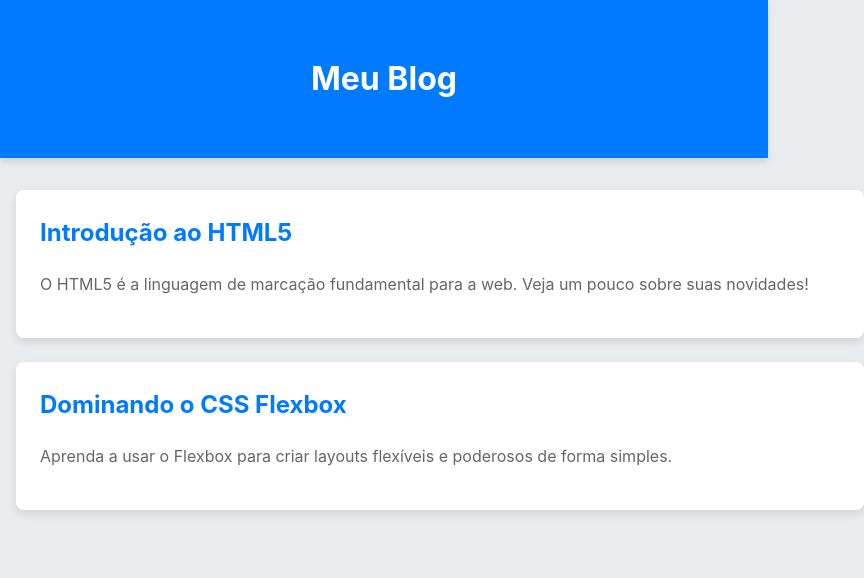
Repository: douglasabnovato/aprender-programar
Page: index.html
These files come from the project's save history. The page is drawn as it stood at one moment and after a run of saves; the edit follows.
The browser window is 768 px wide. The page is 864 px wide, then 768 px, so the pictures cover 864 px, including what lies to the right of the window. The pictures show the whole page.

Above is the page before, as saved 2025-08-01 14:21:30.

After the next 2 saves:
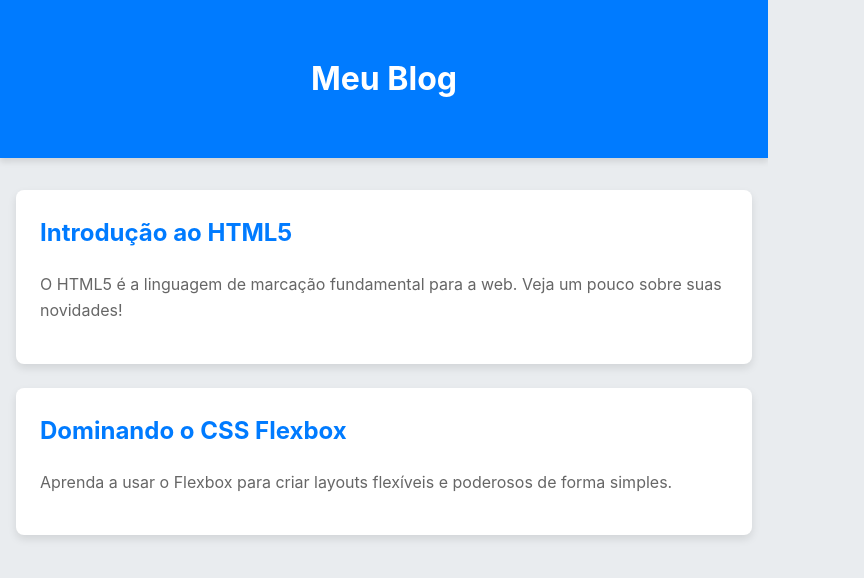
The 2 saves are shown as one change because they came seconds apart.
The last was saved 8 s later.
--- a/style.css
+++ b/style.css
@@ -1,75 +1,122 @@
+/* Variáveis e estilos globais */
 :root {
-    --primary-color: #007bff;
-    --secondary-color: #f8f9fa;
-    --background-color: #e9ecef;
-    --card-bg-color: #fff;
-    --text-color: #333;
-    --shadow-color: rgba(0, 0, 0, 0.1);
+  --primary-color: #007bff;
+  --secondary-color: #f8f9fa;
+  --background-color: #e9ecef;
+  --card-bg-color: #fff;
+  --text-color: #333;
+  --shadow-color: rgba(0, 0, 0, 0.1);
 }
 
 body {
-    font-family: -apple-system, BlinkMacSystemFont, "Segoe UI", Roboto, "Helvetica Neue", Arial, sans-serif;
-    background-color: var(--background-color);
-    margin: 0;
-    color: var(--text-color);
-    line-height: 1.6;
+  font-family: -apple-system, BlinkMacSystemFont, "Segoe UI", Roboto,
+    "Helvetica Neue", Arial, sans-serif;
+  background-color: var(--background-color);
+  margin: 0;
+  color: var(--text-color);
+  line-height: 1.6;
 }
 
 header {
-    background-color: var(--primary-color);
-    color: white;
-    padding: 2rem 1rem;
-    text-align: center;
-    box-shadow: 0 4px 6px var(--shadow-color);
+  background-color: var(--primary-color);
+  color: white;
+  padding: 2rem 1rem;
+  text-align: center;
+  box-shadow: 0 4px 6px var(--shadow-color);
 }
 
+/* Estilo do contêiner principal para o layout de cards */
 .container {
-    max-width: 1200px;
-    margin: 2rem auto;
-    padding: 0 1rem;
-    display: grid;
-    gap: 1.5rem;
-    grid-template-columns: repeat(auto-fill, minmax(300px, 1fr));
+  max-width: 1200px;
+  margin: 2rem auto;
+  padding: 0 1rem;
+  display: grid;
+  gap: 1.5rem;
+  grid-template-columns: repeat(auto-fill, minmax(300px, 1fr));
 }
 
+/* Estilo dos cards */
 .card {
-    background-color: var(--card-bg-color);
-    border-radius: 8px;
-    box-shadow: 0 4px 8px var(--shadow-color);
-    padding: 1.5rem;
-    cursor: pointer;
-    transition: transform 0.3s ease, box-shadow 0.3s ease;
+  background-color: var(--card-bg-color);
+  border-radius: 8px;
+  box-shadow: 0 4px 8px var(--shadow-color);
+  padding: 1.5rem;
+  cursor: pointer;
+  transition: transform 0.3s ease, box-shadow 0.3s ease;
 }
 
 .card:hover {
-    transform: translateY(-5px);
-    box-shadow: 0 8px 16px var(--shadow-color);
+  transform: translateY(-5px);
+  box-shadow: 0 8px 16px var(--shadow-color);
 }
 
 .card-title {
-    margin-top: 0;
-    color: var(--primary-color);
+  margin-top: 0;
+  color: var(--primary-color);
 }
 
 .card-description {
-    font-size: 1rem;
-    color: #666;
+  font-size: 1rem;
+  color: #666;
 }
 
-/* Estilo para o acordeão */
+/* Estilo para o acordeão (esconder/mostrar conteúdo) */
 .card-content {
-    max-height: 0;
-    overflow: hidden;
-    transition: max-height 0.5s ease-out;
+  max-height: 0;
+  overflow: hidden;
+  transition: max-height 0.5s ease-out;
 }
 
 .card.open .card-content {
-    max-height: 500px; /* Valor alto o suficiente para caber o conteúdo */
+  max-height: 1500px; /* Valor alto o suficiente para caber o conteúdo */
 }
 
-/* Responsividade (opcional, já incluído no grid) */
+/* Estilos para o conteúdo responsivo */
+
+/* Imagens responsivas */
+.post-image {
+  max-width: 100%;
+  height: auto;
+  border-radius: 6px;
+  margin: 1rem 0;
+}
+
+/* Vídeos responsivos (aspect-ratio 16:9) */
+.video-container {
+  position: relative;
+  width: 100%;
+  padding-bottom: 56.25%; /* 16:9 = 9/16 = 0.5625 */
+  height: 0;
+  overflow: hidden;
+  margin: 1rem 0;
+  border-radius: 6px;
+}
+
+.video-container iframe {
+  position: absolute;
+  top: 0;
+  left: 0;
+  width: 100%;
+  height: 100%;
+}
+
+/* Trechos de código */
+pre {
+  background-color: #343a40;
+  color: #f8f9fa;
+  padding: 1rem;
+  border-radius: 6px;
+  overflow-x: auto; /* Adiciona rolagem horizontal para códigos longos */
+}
+
+code {
+  font-family: "Courier New", Courier, monospace;
+  font-size: 0.9em;
+}
+
+/* Responsividade para telas pequenas (smartphones) */
 @media (max-width: 768px) {
-    .container {
-        grid-template-columns: 1fr;
-    }
+  .container {
+    grid-template-columns: 1fr;
+  }
 }
